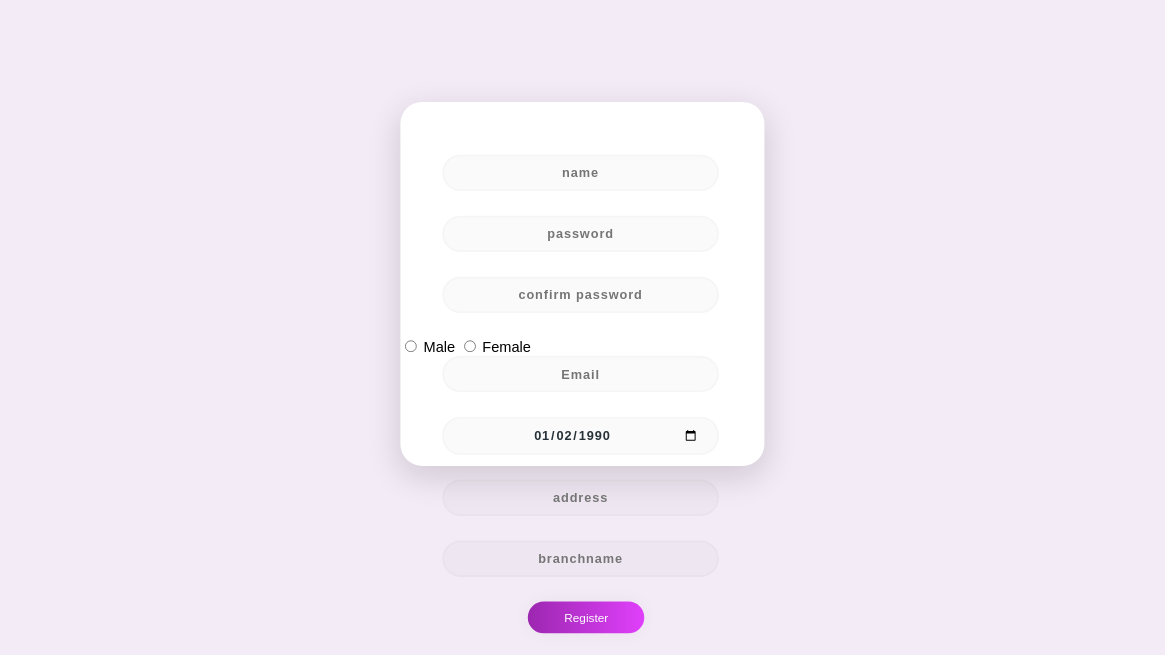
Repository: anujs099/bankingapp
Page: banking-application-final/WebContent/Register.html
The author's editor kept a copy of each file at every save. The page is drawn from the files as they stood at one save, then again after the next save.
The browser window is 1280 px wide. The pictures show the whole page, at 91% of full size.

Above is the page before, as saved 2021-03-04 13:44:18.

### banking-application-final/WebContent/Register.html
<!DOCTYPE html>
<html>
<head>
<meta charset="ISO-8859-1">
<title>Insert title here</title>
<link rel="stylesheet" href="LoginFile.css">
</head>
<body>
<div class="main" style="width: 400px;
        height: 400px;">
<Form action="registerservlet" method="post" class="form1"><br>
<input type="text" placeholder="name" name="firstname" class="un"><br>
<input type="password" placeholder="password" name="password" class="un"><br>
<input type="password" placeholder="confirm password" class="un"><br>
<div class="control">
  <label class="radio">
    <input type="radio" name="answer" value="male"></input>
   	Male
  </label>
  <label class="radio">
    <input type="radio" name="answer" value="female"></input>
    Female
  </label>
</div>
<input type="email" placeholder="Email" name="email" class="un"><br>
<input type="date" min="1990-01-01" max="2030-02-08" value="1990-01-02" name="date" class="un"><br>
<input type="text" placeholder="address" name="Address" class="un"><br>
<input type="text" placeholder="branchname" name="branch" class="un"><br>
<input type="submit" value="Register" class="submit"><br>
</Form>
</div>
</body>
</html>

### banking-application-final/WebContent/LoginFile.css
@charset "ISO-8859-1";
 body {
        background-color: #F3EBF6;
        font-family: 'Ubuntu', sans-serif;
    }

    .main {
        background-color: #FFFFFF;
        width: 400px;
        height: 400px;
        margin: 7em auto;
        border-radius: 1.5em;
        box-shadow: 0px 11px 35px 2px rgba(0, 0, 0, 0.14);
    }

    .sign {
        padding-top: 40px;
        color: #8C55AA;
        font-family: 'Ubuntu', sans-serif;
        font-weight: bold;
        font-size: 23px;
    }

    .un {
    width: 76%;
    color: rgb(38, 50, 56);
    font-weight: 700;
    font-size: 14px;
    letter-spacing: 1px;
    background: rgba(136, 126, 126, 0.04);
    padding: 10px 20px;
    border: none;
    border-radius: 20px;
    outline: none;
    box-sizing: border-box;
    border: 2px solid rgba(0, 0, 0, 0.02);
    margin-bottom: 50px;
    margin-left: 46px;
    text-align: center;
    margin-bottom: 27px;
    font-family: 'Ubuntu', sans-serif;
    }

    form.form1 {
        padding-top: 40px;
    }

    .pass {
            width: 76%;
    color: rgb(38, 50, 56);
    font-weight: 700;
    font-size: 14px;
    letter-spacing: 1px;
    background: rgba(136, 126, 126, 0.04);
    padding: 10px 20px;
    border: none;
    border-radius: 20px;
    outline: none;
    box-sizing: border-box;
    border: 2px solid rgba(0, 0, 0, 0.02);
    margin-bottom: 50px;
    margin-left: 46px;
    text-align: center;
    margin-bottom: 27px;
    font-family: 'Ubuntu', sans-serif;
    }


    .un:focus, .pass:focus {
        border: 2px solid rgba(0, 0, 0, 0.18) !important;

    }

    .submit {
      cursor: pointer;
        border-radius: 5em;
        color: #fff;
        background: linear-gradient(to right, #9C27B0, #E040FB);
        border: 0;
        padding-left: 40px;
        padding-right: 40px;
        padding-bottom: 10px;
        padding-top: 10px;
        font-family: 'Ubuntu', sans-serif;
        margin-left: 35%;
        font-size: 13px;
        box-shadow: 0 0 20px 1px rgba(0, 0, 0, 0.04);
    }

    .forgot {
        text-shadow: 0px 0px 3px rgba(117, 117, 117, 0.12);
        color: #E1BEE7;
        padding-top: 15px;
    }

    a {
        text-shadow: 0px 0px 3px rgba(117, 117, 117, 0.12);
        color: #E1BEE7;
        text-decoration: none
    }

    @media (max-width: 600px) {
        .main {
            border-radius: 0px;
        }

    }

After the next save:
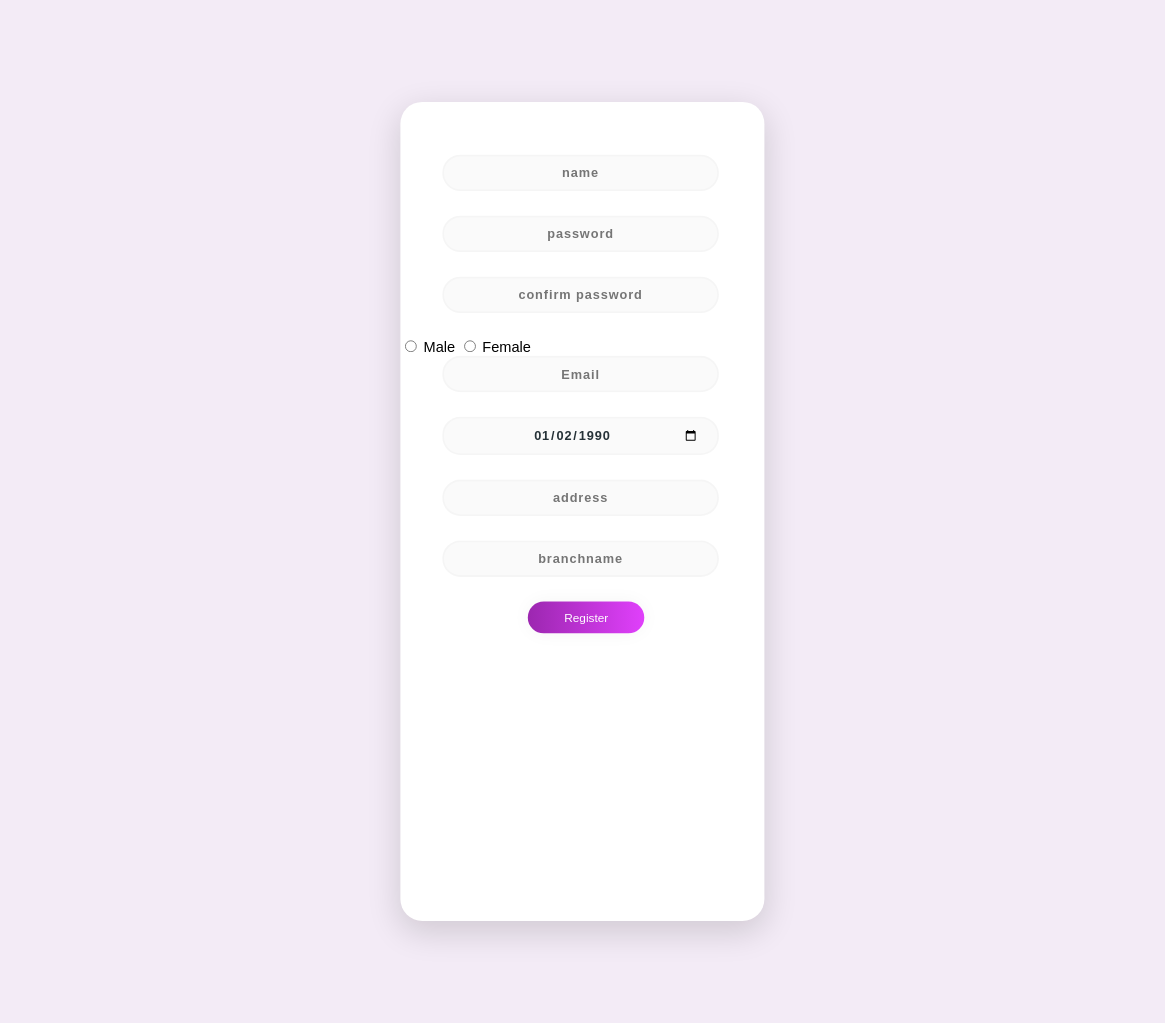
Saved 38 s later.
--- a/banking-application-final/WebContent/Register.html
+++ b/banking-application-final/WebContent/Register.html
@@ -7,7 +7,7 @@
 </head>
 <body>
 <div class="main" style="width: 400px;
-        height: 400px;">
+        height: 900px;">
 <Form action="registerservlet" method="post" class="form1"><br>
 <input type="text" placeholder="name" name="firstname" class="un"><br>
 <input type="password" placeholder="password" name="password" class="un"><br>
